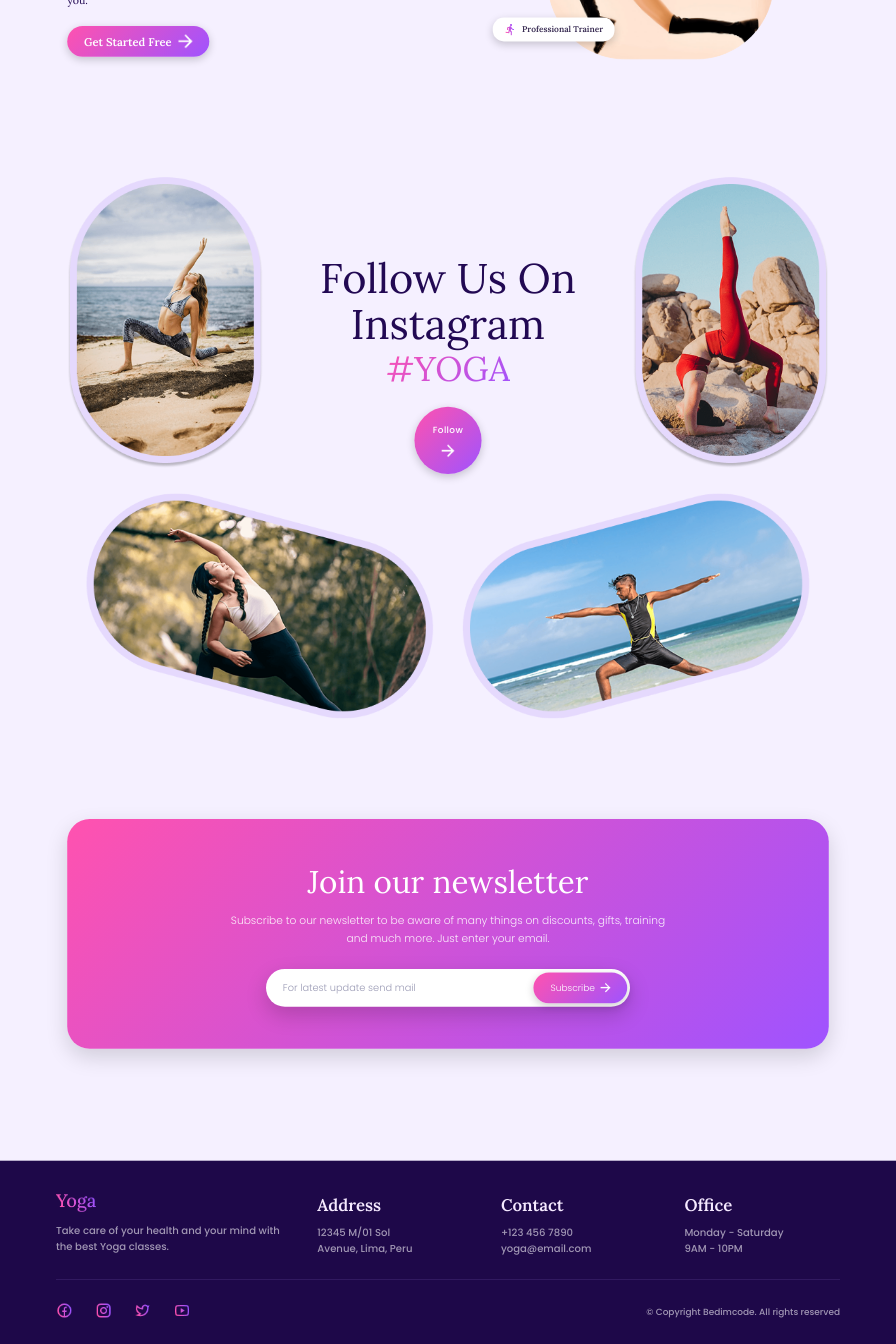
Repository: EunsuhJeon/responsive-yoga-website
Page: index.html
The author's editor kept a copy of each file at every save. The page is drawn from the files as they stood at one save, then again after the next save.
The browser window is 1280 px wide. The pictures show the part of the page from y = 1593 to 3513 px (the page is 3513 px tall), at 70% of full size.

Above is the page before, as saved 2025-11-27 01:33:16.

After the next save:
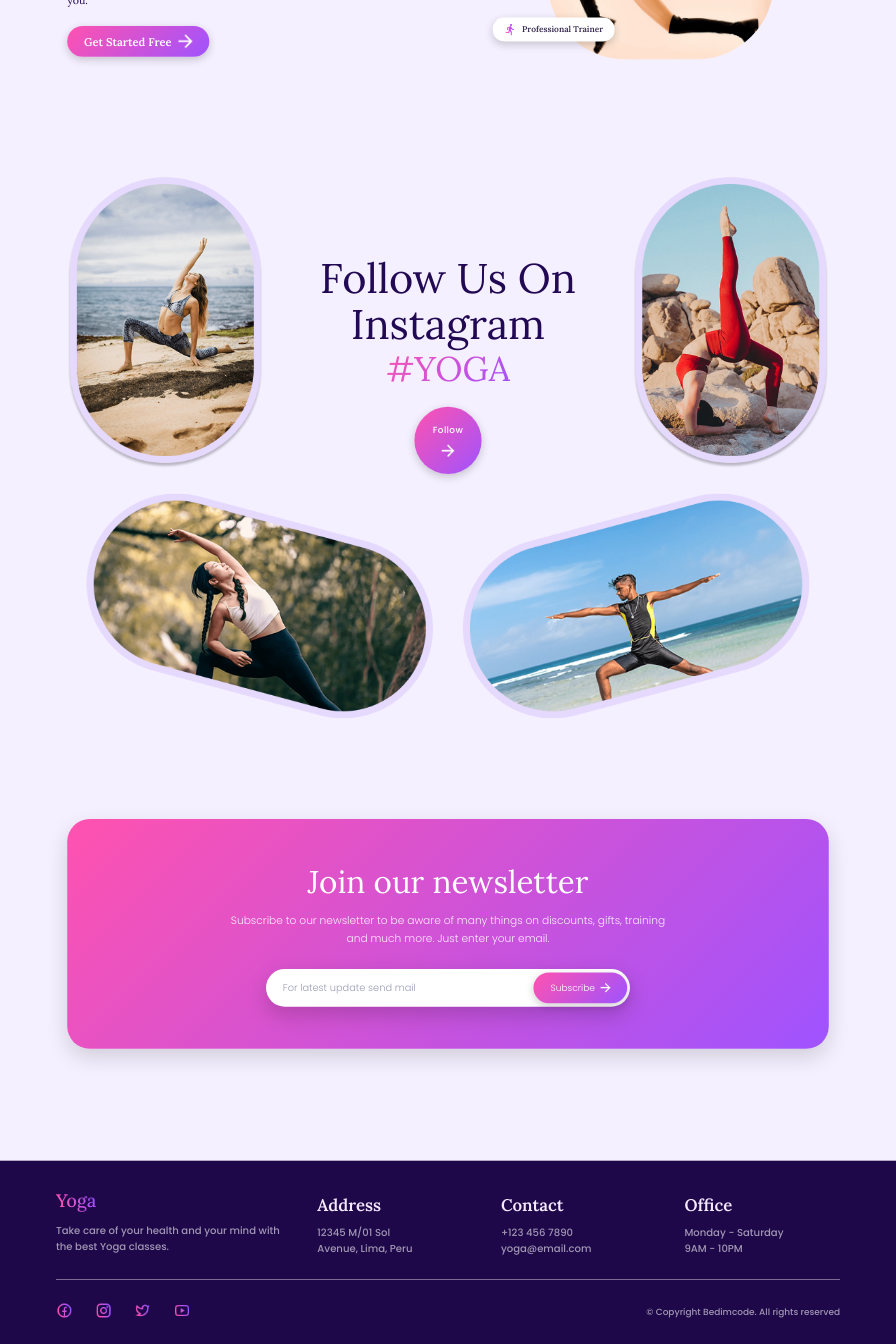
Saved 2 min 9 s later.
--- a/main.css
+++ b/main.css
@@ -991,7 +991,7 @@ header a{
   max-width: 1120px;
   margin: 0 auto 16px;
   height: 1px;
-  background: #3A226B;
+  background: #A197B4;
 }
 
 /* Fila inferior: redes sociales (izquierda) + copyright (derecha) */
